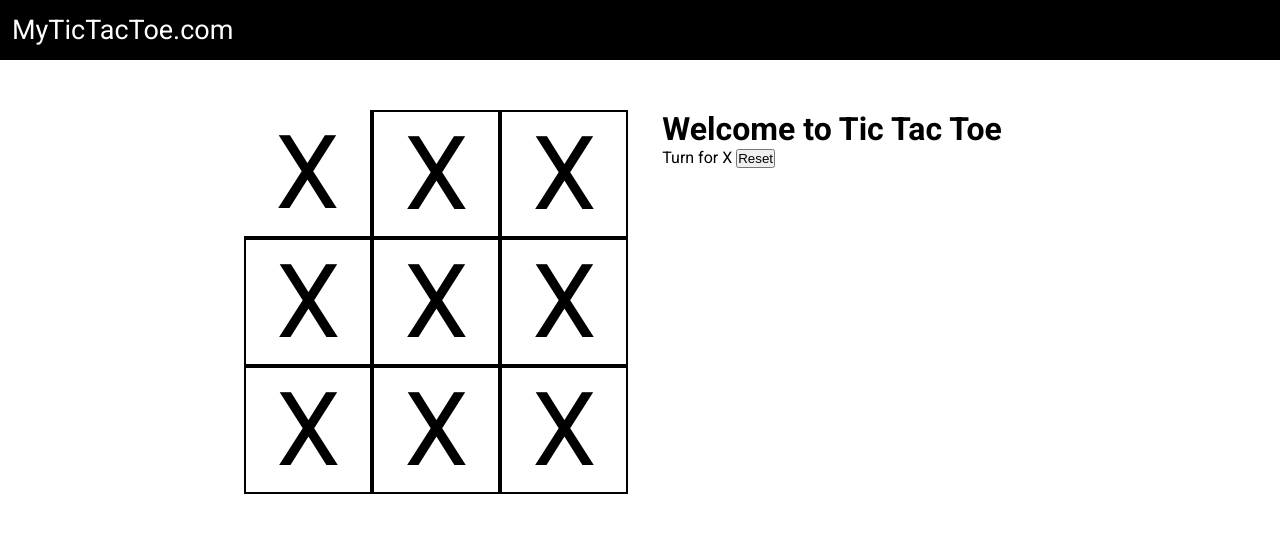
Repository: AshwinUgale/TicTacToe
Page: index.html
The author's editor kept a copy of each file at every save. The page is drawn from the files as they stood at one save, then again after the next save.
The browser window is 1280 px wide. The pictures show the whole page.

Above is the page before, as saved 2024-12-19 10:04:49.

After the next save:
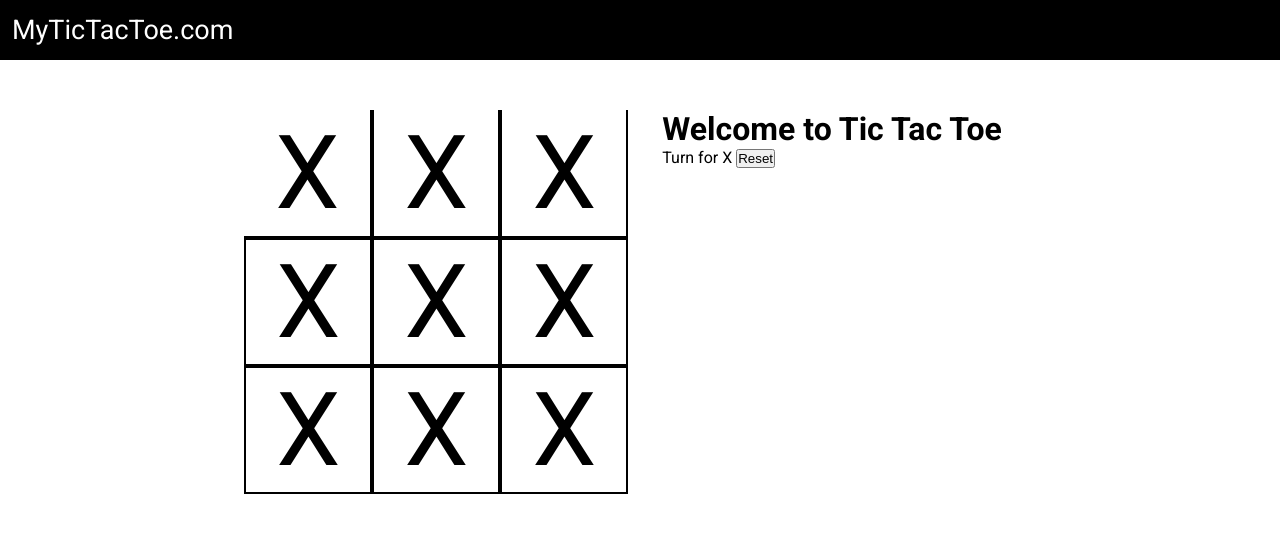
Saved 3 min 22 s later.
--- a/index.html
+++ b/index.html
@@ -15,8 +15,8 @@
     <div class="gameContainer">
       <div class="container">
         <div class="box bt-0 bl-0 "><span class="boxtext">X</span></div>
-        <div class="box"><span class="boxtext">X</span></div>
-        <div class="box"><span class="boxtext">X</span></div>
+        <div class="box bt-0"><span class="boxtext">X</span></div>
+        <div class="box bt-0"><span class="boxtext">X</span></div>
         <div class="box"><span class="boxtext">X</span></div>
         <div class="box"><span class="boxtext">X</span></div>
         <div class="box"><span class="boxtext">X</span></div>
